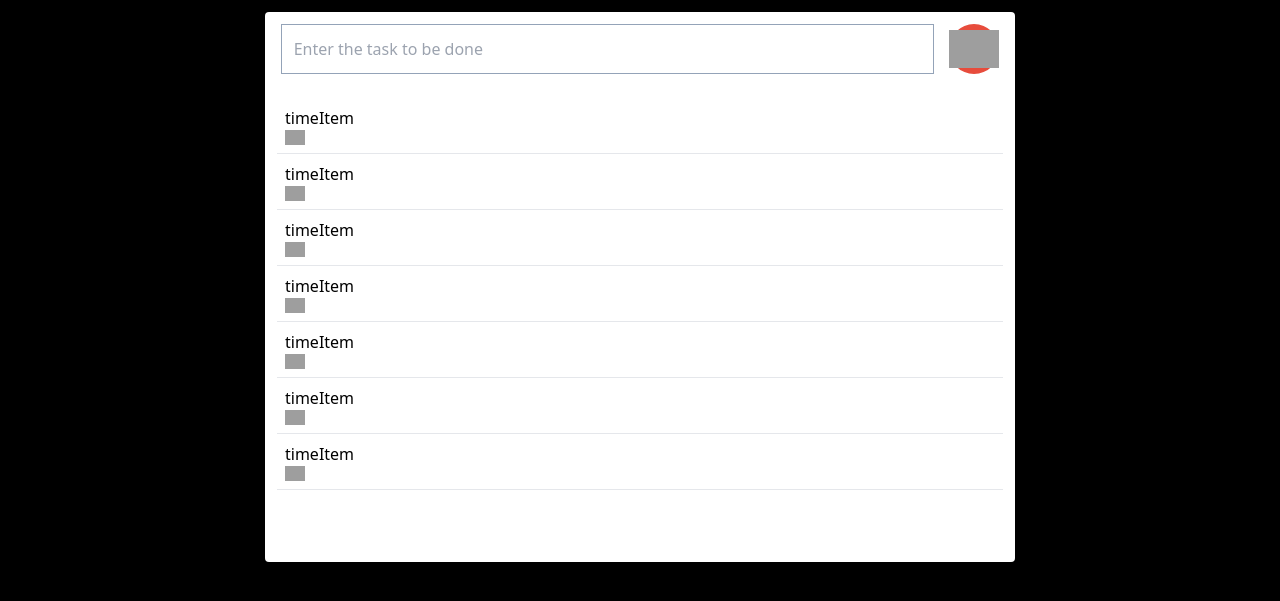
Repository: duttasayan835/todo-app-with-React-and-tailwind-CSS
Page: /, after clicking the first element matching `div.cursor-pointer`
The author's editor kept a copy of each file at every save. The page is drawn from the files as they stood at one save, then again after the next save.
The browser window is 1280 px wide. The pictures show the whole page.
Pictures or frames that could not be fetched are drawn as grey boxes. The project was rebuilt for these pictures with package versions that can differ from the ones it lists, and the page was loaded fresh each time.

Above is the page before, as saved 2024-06-12 13:04:30.

### src/App.js
import Box from "./Components/Box";
import Input from "./Components/Input";

function App() {
  return (
    <div className="h-screen p-3 bg-black ">
      <div className="max-w-[750px] min-h-[550px] shadow-2xl bg-white mx-auto rounded">
        <Input />
        <Box />
      </div>
    </div>
  );
}
export default App;

### src/Components/Box.jsx
import React from "react";
import Item from "./Item";

export default function Box() {
  return (
    <div className="p-3">
      <Item />
      <Item />
      <Item />
      <Item />
      <Item />
      <Item />
      <Item />
    </div>
  );
}

### src/Components/Input.jsx
import React from "react";

export default function Input() {
  return (
    <div className="flex justify-around gap-2 p-3">
      <input
        placeholder="Enter the task to be done"
        className=" w-[90%] p-3 border border-slate-400 focus:outline-none"
        type="text"
        aria-label="INPUT-TASK"
      />
      <div className="cursor-pointer w-[50px] h-[50px] bg-[#e74c3c] text-white text-3xl rounded-[50%] flex justify-center items-center ">
        <img
          src="https://cdn4.iconfinder.com/data/icons/ios-optimized-1/30/add__create__new__addition__buttons__more__round-1024.png"
          alt="add"
        />
      </div>
    </div>
  );
}

### src/Components/Item.jsx
import React from "react";

export default function Item() {
  return (
    <div className="w-full p-2 border-b">
      <div>
        <span>time</span>
        <span>Item</span>
      </div>
      <div>
        <img
          className="w-5"
          src="https://icon-library.com/images/trash-icon-vector/trash-icon-vector-19.jpg"
          alt="trash"
        />
      </div>
    </div>
  );
}

Loaded but not shown: public/index.html (common file); src/index.js (common file); src/index.css (common file); src/reportWebVitals.js (common file); tailwind.config.js (common file)

After the next save:
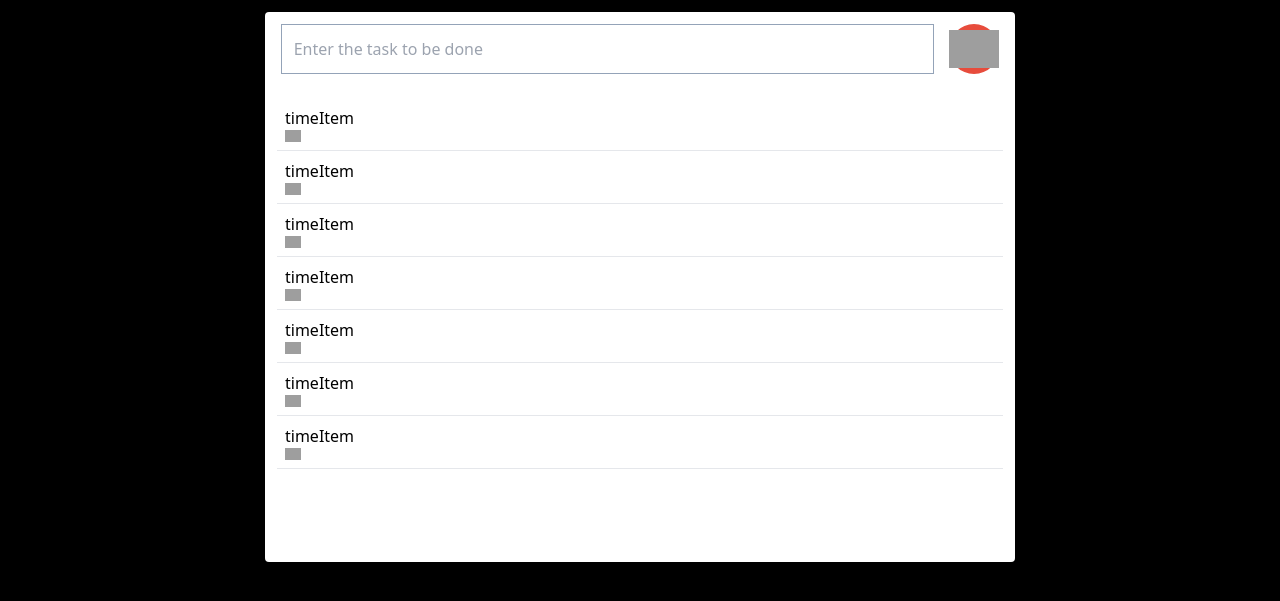
Saved 6 s later.
--- a/src/Components/Item.jsx
+++ b/src/Components/Item.jsx
@@ -9,7 +9,7 @@ export default function Item() {
       </div>
       <div>
         <img
-          className="w-5"
+          className="w-4"
           src="https://icon-library.com/images/trash-icon-vector/trash-icon-vector-19.jpg"
           alt="trash"
         />
